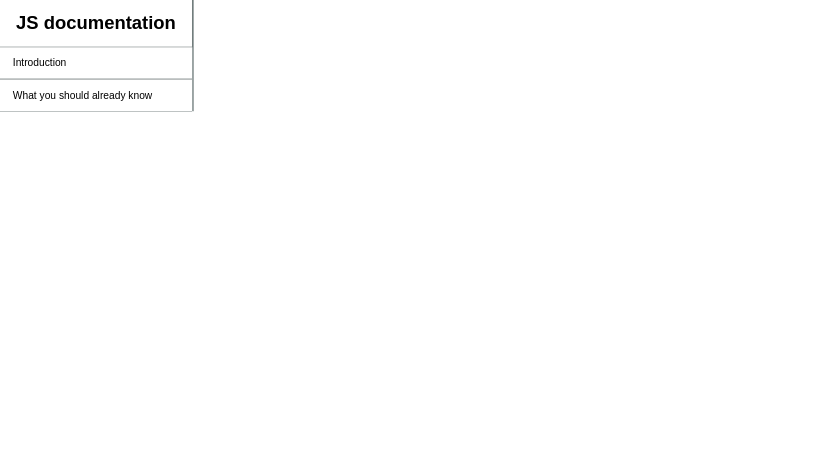
Repository: Pafestivo/Technical-documentation
Page: index.html
These files come from the project's save history. The page is drawn as it stood at one moment and after the next save; the edit follows.
The browser window is 1280 px wide. The pictures show the whole page, at 64% of full size.

Above is the page before, as saved 2022-09-07 14:46:38.

### index.html
<!DOCTYPE html>
<html lang="en">
<head>
    <meta charset="UTF-8">
    <meta name="viewport" content="width=device-width, initial-scale=1.0">
    <link rel="stylesheet" href="styles.css">
    <title>Technical Documentation Page</title>
</head>
<body>
  <nav id="navbar">
    <header>
      <h1>JS documentation</h1>
    </header>
    <ul>
      <li><a id="nav-link" href="#introduction">Introduction</a></li>
      <li><a id="nav-link" href="#what_you_should_already_know">What you should already know</a></li>

    </ul>
  </nav>
  <main id="main-doc">
  </main>

</body>
</html>

### styles.css
html {
  box-sizing: border-box;
  scroll-behavior: smooth;
}

body {
  font-family: sans-serif;
  display: flex;
  padding: 0;
  margin: 0;
  min-width: 290px;
}

/* Navigation bar  */
#navbar {
  border-right: solid;
  border-color: rgba(0, 22, 22, 0.4);
  min-width: 300px;
}

#navbar header {
  margin: -1px;
}

#navbar header h1{
  margin-top: 0;
  margin-bottom: 0;
  padding: 20px;
  font-size: 1.8rem;
  border: 1px solid rgba(0, 22, 22, 0.4);
  text-align: center;
}

#navbar ul {
  list-style: none;
  height: 90%;
  margin: 0;
  padding: 0;
  overflow-y: auto;
  overflow-x: hidden;
}

#navbar ul li {
  margin: -1px;
}

#navbar ul a {
  /* used flex to align the text vertically. */
  display: flex;
  align-items: center;
  text-decoration: none;
  color: #000;
  height: 50px;
  padding-left: 20px;
  border: 1px solid rgba(0, 22, 22, 0.4);
}

#navbar ul a:hover {
  transform: scale(1.01);
  border-color: transparent;
}

/* 800px media query */
@media (max-width: 800px) {
  body {
    display: block;
  }

  #navbar {
    height: 300px;
    overflow: hidden;
  }

  #navbar ul {
    width: 80%;
    margin: 0 auto;
  }

  #navbar h1 {
    width: 80%;
    margin: 0 auto;
    border: none;
  }
}
/* end of 800px media query. */
/* Navigation bar end  */

/* Main area */
#main-doc {
  margin-left: 30px;
}

#main-doc h1 {
  font-size: 2rem;
}

p {
  margin-bottom: 20px;
  margin-left: 20px;
}

code {
  display: block;
  background-color: #f7f7f7;
  padding: 15px;
  margin: 10px;
}
/* Main area end */

After the next save:
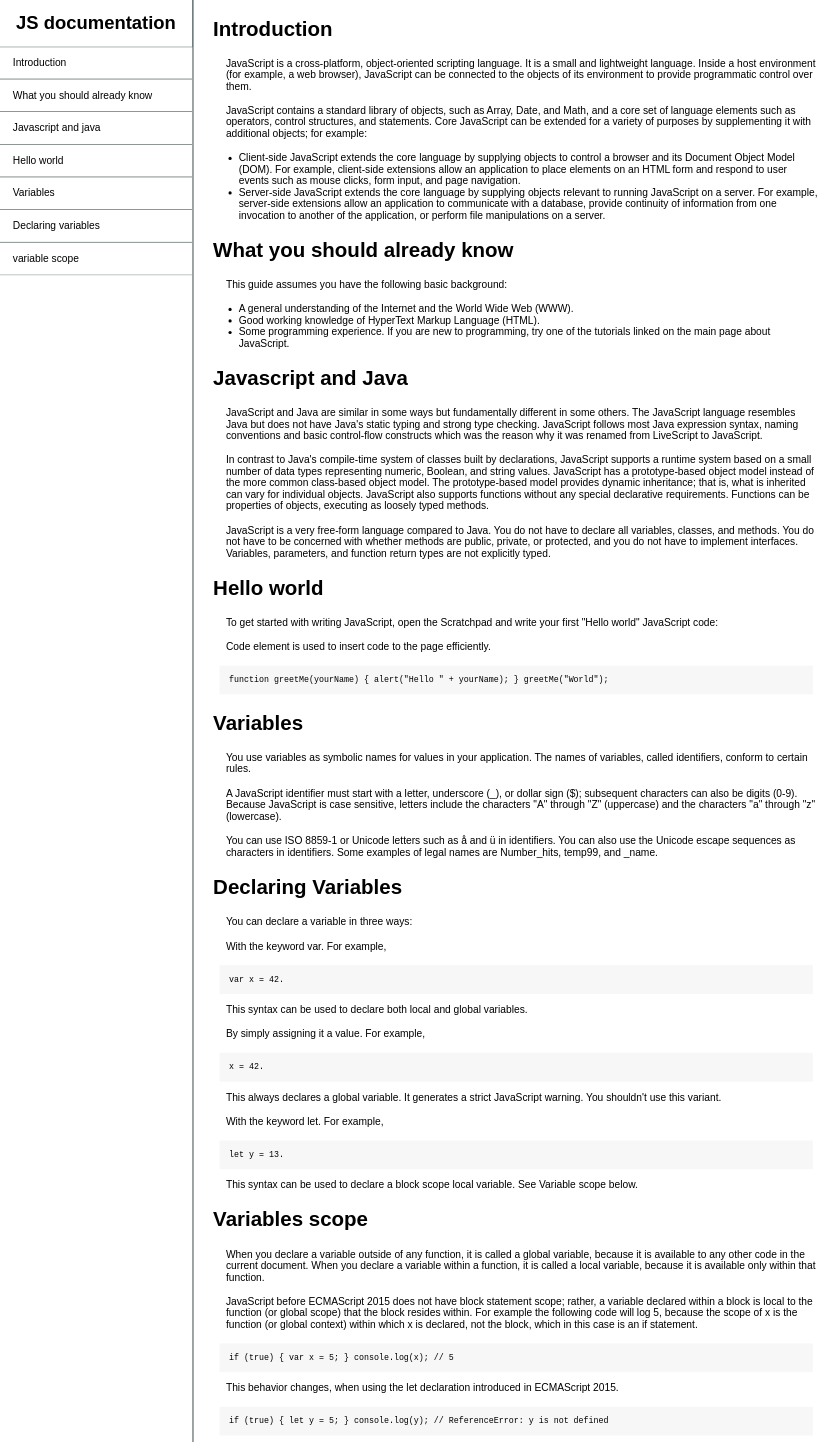
Saved 1 s later.
--- a/index.html
+++ b/index.html
@@ -14,10 +14,112 @@
     <ul>
       <li><a id="nav-link" href="#introduction">Introduction</a></li>
       <li><a id="nav-link" href="#what_you_should_already_know">What you should already know</a></li>
-
+      <li><a id="nav-link" href="#javascript_and_Java">Javascript and java</a></li>
+      <li><a id="nav-link" href="#hello_world">Hello world</a></li>
+      <li><a id="nav-link" href="#variables">Variables</a></li>
+      <li><a id="nav-link" href="#declaring_variables">Declaring variables</a></li>
+      <li><a id="nav-link" href="#variable_scope">variable scope</a></li>
     </ul>
   </nav>
   <main id="main-doc">
+    <section id="introduction" class="main-section">
+      <h1>Introduction</h1>
+
+      <p>JavaScript is a cross-platform, object-oriented scripting language. It is a small and lightweight language. Inside a host environment (for example, a web browser), JavaScript can be connected to the objects of its environment to provide programmatic control over them.</p>
+
+      <p>JavaScript contains a standard library of objects, such as Array, Date, and Math, and a core set of language elements such as operators, control structures, and statements. Core JavaScript can be extended for a variety of purposes by supplementing it with additional objects; for example:</p>
+
+      <ul>
+        <li>Client-side JavaScript extends the core language by supplying objects to control a browser and its Document Object Model (DOM). For example, client-side extensions allow an application to place elements on an HTML form and respond to user events such as mouse clicks, form input, and page navigation.</li>
+        <li>Server-side JavaScript extends the core language by supplying objects relevant to running JavaScript on a server. For example, server-side extensions allow an application to communicate with a database, provide continuity of information from one invocation to another of the application, or perform file manipulations on a server.</li>
+      </ul>
+    </section>
+
+    <section id="what_you_should_already_know" class="main-section">
+        <h1>What you should already know</h1>
+
+        <p>This guide assumes you have the following basic background:</p>
+
+        <ul>
+          <li>A general understanding of the Internet and the World Wide Web (WWW).</li>
+          <li>Good working knowledge of HyperText Markup Language (HTML).</li>
+          <li>Some programming experience. If you are new to programming, try one of the tutorials linked on the main page about JavaScript.</li>
+        </ul>
+      </section>
+
+      <section id="javascript_and_Java" class="main-section">
+        <h1>Javascript and Java</h1>
+
+        <p>JavaScript and Java are similar in some ways but fundamentally different in some others. The JavaScript language resembles Java but does not have Java's static typing and strong type checking. JavaScript follows most Java expression syntax, naming conventions and basic control-flow constructs which was the reason why it was renamed from LiveScript to JavaScript.</p>
+
+        <p>In contrast to Java's compile-time system of classes built by declarations, JavaScript supports a runtime system based on a small number of data types representing numeric, Boolean, and string values. JavaScript has a prototype-based object model instead of the more common class-based object model. The prototype-based model provides dynamic inheritance; that is, what is inherited can vary for individual objects. JavaScript also supports functions without any special declarative requirements. Functions can be properties of objects, executing as loosely typed methods.</p>
+
+        <p>JavaScript is a very free-form language compared to Java. You do not have to declare all variables, classes, and methods. You do not have to be concerned with whether methods are public, private, or protected, and you do not have to implement interfaces. Variables, parameters, and function return types are not explicitly typed.</p>
+      </section>
+
+      <section id="hello_world" class="main-section">
+        <h1>Hello world</h1>
+        <p>To get started with writing JavaScript, open the Scratchpad and write your first "Hello world" JavaScript code:</p>
+
+        <p>Code element is used to insert code to the page efficiently.</p>
+        <code>
+            function greetMe(yourName) { alert("Hello " + yourName); }
+            greetMe("World");
+        </code>
+      </section>
+
+      <section id="variables" class="main-section">
+        <h1>Variables</h1>
+
+        <p>You use variables as symbolic names for values in your application. The names of variables, called identifiers, conform to certain rules.</p>
+
+        <p>A JavaScript identifier must start with a letter, underscore (_), or dollar sign ($); subsequent characters can also be digits (0-9). Because JavaScript is case sensitive, letters include the characters "A" through "Z" (uppercase) and the characters "a" through "z" (lowercase).</p>
+
+        <p>You can use ISO 8859-1 or Unicode letters such as å and ü in identifiers. You can also use the Unicode escape sequences as characters in identifiers. Some examples of legal names are Number_hits, temp99, and _name.</p>
+      </section>
+
+      <section id="declaring_variables" class="main-section">
+        <h1>Declaring Variables</h1>
+
+        <p>You can declare a variable in three ways:</p>
+
+        <p>With the keyword var. For example,</p>
+        <code>
+            var x = 42.
+        </code>
+
+        <p>This syntax can be used to declare both local and global variables.</p>
+
+        <p>By simply assigning it a value. For example,</p>
+        <code>
+            x = 42.
+        </code>
+
+        <p>This always declares a global variable. It generates a strict JavaScript warning. You shouldn't use this variant.</p>
+
+        <p>With the keyword let. For example,</p>
+        <code>
+            let y = 13.
+        </code>
+
+        <p>This syntax can be used to declare a block scope local variable. See Variable scope below.</p>
+      </section>
+
+      <section id="variable_scope" class="main-section">
+        <h1>Variables scope</h1>
+
+        <p>When you declare a variable outside of any function, it is called a global variable, because it is available to any other code in the current document. When you declare a variable within a function, it is called a local variable, because it is available only within that function.</p>
+
+        <p>JavaScript before ECMAScript 2015 does not have block statement scope; rather, a variable declared within a block is local to the function (or global scope) that the block resides within. For example the following code will log 5, because the scope of x is the function (or global context) within which x is declared, not the block, which in this case is an if statement.</p>
+        <code>
+            if (true) { var x = 5; } console.log(x); // 5
+        </code>
+
+        <p>This behavior changes, when using the let declaration introduced in ECMAScript 2015.</p>
+        <code>
+            if (true) { let y = 5; } console.log(y); // ReferenceError: y is
+not defined
+        </code>
   </main>
 
 </body>
